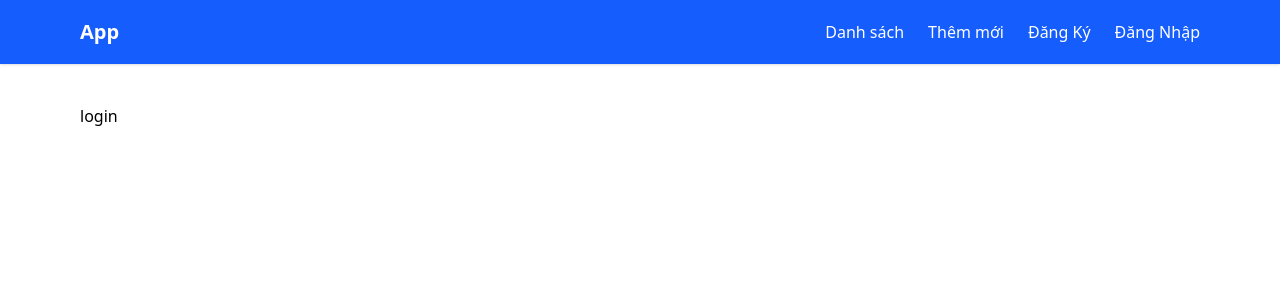
Repository: DODUCHUY195/Lap_Trinh_TypeScript
Page: /login
An editor plug-in stored every save of this project. The page is shown before and after the next save, followed by the edit.
The browser window is 1280 px wide. The pictures show the whole page.
The project was rebuilt for these pictures with package versions that can differ from the ones it lists, and the page was loaded fresh each time. Also part of the build but not shown: vite.config.ts, src/pages/List.tsx, src/pages/Add.tsx, src/pages/Edit.tsx.

Above is the page before, as saved 2026-01-26 19:09:35.

After the next save:
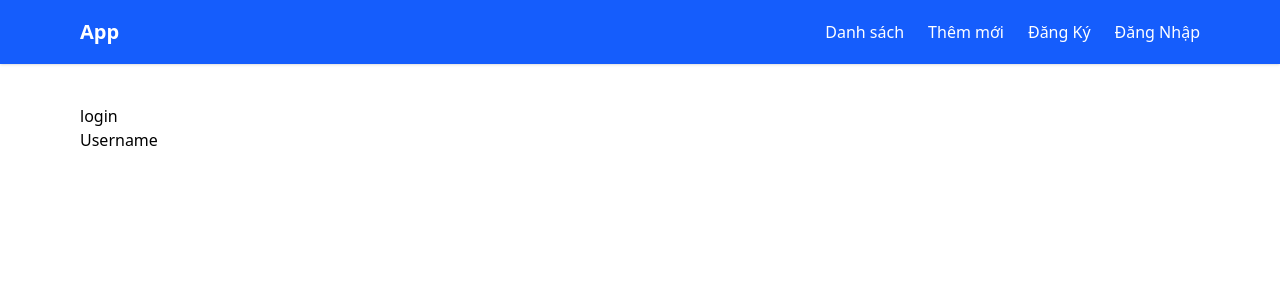
Saved 2 min 5 s later.
--- a/src/pages/AuthPage.tsx
+++ b/src/pages/AuthPage.tsx
@@ -6,7 +6,12 @@ function AuthPage({ isRegister }: BooleanProps) {
   return <div>
 
     {isRegister ? "register" : "login"}
-
+    <form action="">
+        <div>
+            <label htmlFor="username">Username</label>
+            <input type="text" id="username" name="username" />
+        </div>
+    </form>
   </div>;
 }
 
